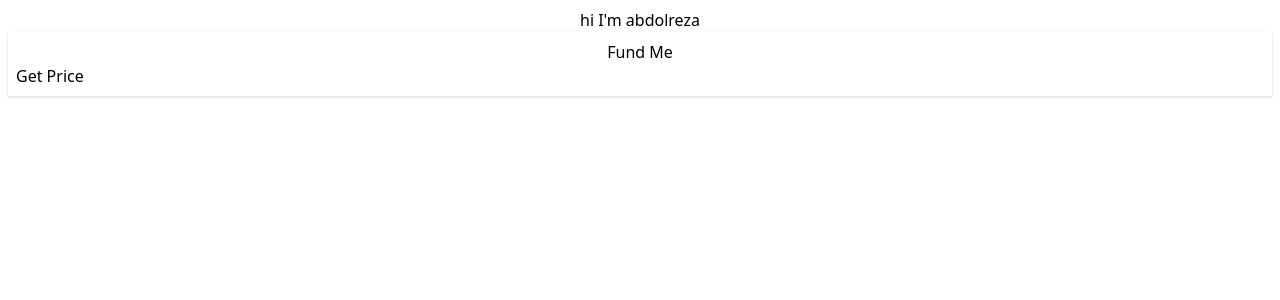
Repository: mavidev93/fund-me
Page: /
An editor plug-in stored every save of this project. The page is shown before and after the next save, followed by the edit.
The browser window is 1280 px wide. The pictures show the whole page.
The project was rebuilt for these pictures with package versions that can differ from the ones it lists, and the page was loaded fresh each time. Also part of the build but not shown: craco.config.js, src/App.css.

Above is the page before, as saved 2022-02-14 16:45:23.

### src/index.css
@tailwind base;
@tailwind components;
@tailwind utilities;
* {
  padding: 0;
  margin: 0;
  box-sizing: border-box;
}

### src/App.tsx
//react
import React from "react";

//app
import FundMeInterface from "./Components/FundmeInterface/FundMeInterface";

//styles
import "./App.css";

function App() {
  return (
    <div className="App p-2">
      <h1 className="text-center">hi I'm abdolreza</h1>
      <FundMeInterface />
    </div>
  );
}

export default App;

### src/Components/FundmeInterface/FundMeInterface.tsx
//third party
import { ethers } from "ethers";
//app
import FundMe from "../../artifacts/contracts/FundMe.sol/FundMe.json";

//type for ether js
declare let window: any;

//contract addresses
const fundMeAddress = "0x5FbDB2315678afecb367f032d93F642f64180aa3";

function FundMeInterface() {

  //event handlers
  const handleGetPrice = ()=>{

  }
  return (
    <div className="flex-row shadow p-2 justify-center ">
      <h2 className="text-center">Fund Me </h2>
      <button className="capitalize" onClick={handleGetPrice}>
        get price
      </button>
    </div>
  );
}

export default FundMeInterface;

Loaded but not shown: public/index.html (common file); src/index.tsx (common file); src/reportWebVitals.ts (common file)

After the next save:
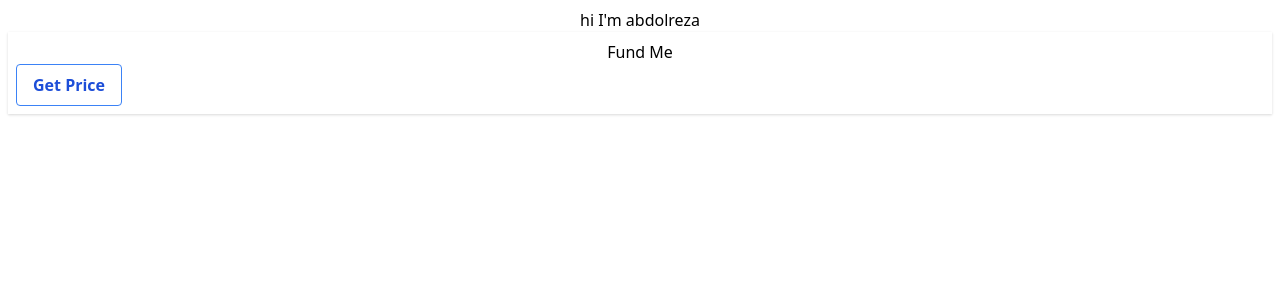
Saved 35 s later.
--- a/src/Components/FundmeInterface/FundMeInterface.tsx
+++ b/src/Components/FundmeInterface/FundMeInterface.tsx
@@ -18,7 +18,7 @@ function FundMeInterface() {
   return (
     <div className="flex-row shadow p-2 justify-center ">
       <h2 className="text-center">Fund Me </h2>
-      <button className="capitalize" onClick={handleGetPrice}>
+      <button className="capitalize bg-transparent hover:bg-blue-500 text-blue-700 font-semibold hover:text-white py-2 px-4 border border-blue-500 hover:border-transparent rounded" onClick={handleGetPrice}>
         get price
       </button>
     </div>
